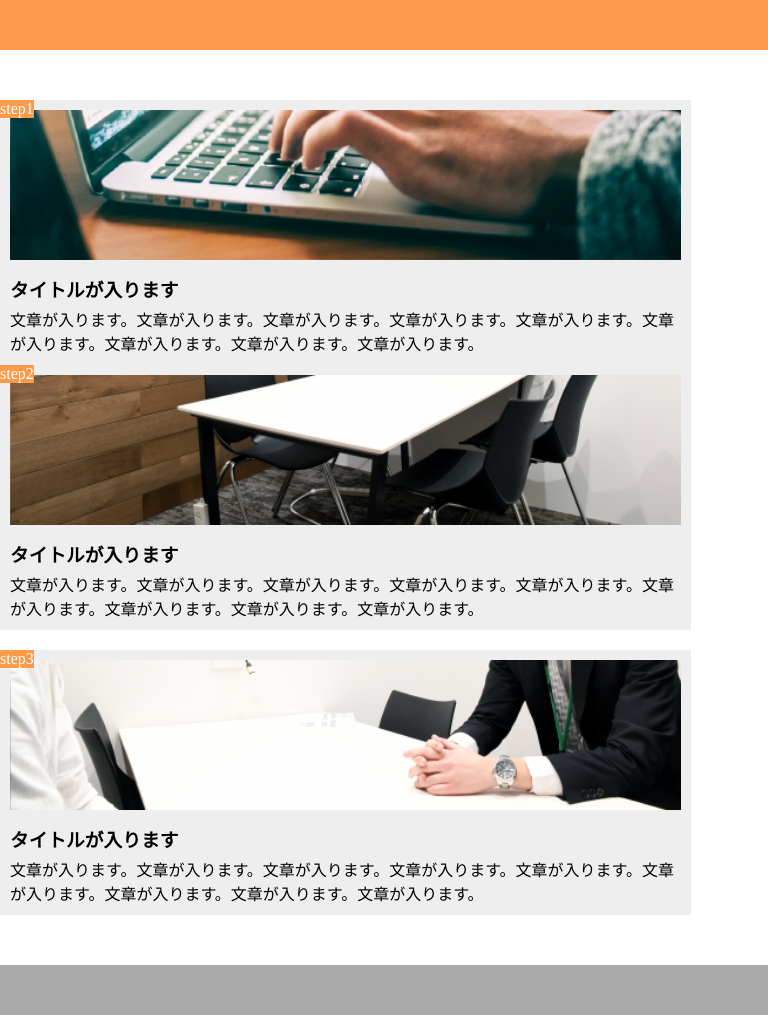
Repository: Takahiro620/dmmwebcamp
Page: enshu9/enshu9.html
The author's editor kept a record of every edit. The page is drawn from the files as they stood at one moment, then again after the next edit.
The browser window is 768 px wide. The pictures show the whole page.

Above is the page before.

### enshu9/enshu9.html
<!DOCTYPE html>
<html lang="ja">
  <head>
    <meta charset="UTF-8">
    <meta name="viewport" content="width=device-width,initial-scale=1.0">
    <!-- CSSファイルの読み込み -->
    <link rel="stylesheet" href="enshu9.css" />
    <title>enshu9</title>
  </head>

  <body>
    <header>
      <div class="heading">
      </div>
    </header>




    <main class="main">

      <span class="main-1">
        <div class="image-1"></div>
        <span class="step-num">step1</span>
        <h3 class="title">タイトルが入ります</h2>
        <p class="text">文章が入ります。文章が入ります。文章が入ります。文章が入ります。文章が入ります。文章が入ります。文章が入ります。文章が入ります。文章が入ります。</p>
      </span>

      <span class="main-2">
        <div class="image-2"></div>
        <span class="step-num">step2</span>
        <h3 class="title">タイトルが入ります</h2>
        <p class="text">文章が入ります。文章が入ります。文章が入ります。文章が入ります。文章が入ります。文章が入ります。文章が入ります。文章が入ります。文章が入ります。</p>
      </span>

      <span class="main-3">
        <div class="image-3"></div>
        <span class="step-num">step3</span>
        <h3 class="title">タイトルが入ります</h2>
        <p class="text">文章が入ります。文章が入ります。文章が入ります。文章が入ります。文章が入ります。文章が入ります。文章が入ります。文章が入ります。文章が入ります。</p>
      </span>
    </main>




    <footer>
      <div class="footing">
      </div>
    </footer>
  </body>
</html>

### enshu9/enshu9.css
/* ブラウザがそれぞれ持っているCSSをリセットするための記述 */
* {
  box-sizing: border-box;
  margin: 0;
  padding: 0;
}





.heading{
  width: 100%;
  height: 50px;
  background-color: #FF9A4B;
}




.main{
  width: 960px;
  margin: 50px auto;
  display: flex;
}


.main-1{
  width: 300px;
  margin-right: 30px;
  padding: 10px;
  position: relative;
  background-color: #eee;
}
.image-1{
  height: 150px;
  background-image: url(img/flow01.png);
  background-position: bottom;
  background-size: cover;
}

.main-2{
  width: 300px;
  margin-right: 30px;
  padding: 10px;
  position: relative;
  background-color: #eee;
}
.image-2{
  height: 150px;
  background-image: url(img/flow01.png);
  background-position: bottom;
  background-size: cover;
}

.main-3{
  width: 300px;
  margin-right: 30px;
  padding: 10px;
  position: relative;
  background-color: #eee;
}
.image-3{
  height: 150px;
  background-image: url(img/flow03.png);
  background-position: bottom;
  background-size: cover;
}
.step-num {
  position: absolute;
  top: 0;
  left: 0;
  background-color: #ff9a4b;
  color: #fff;
}
.title{
  margin-top: 15px;
  margin-bottom: 5px;
}
.text{

}




.footing{
  width: 100%;
  height: 50px;
  background-color: #AAAAAA;
}











@media screen and (max-width:768px){
  .heading{
  width: 100%;
  height: 50px;
  background-color: #FF9A4B;
}




.main{
  width: 100%;
  margin: 50px auto;

  display: block;
}


.main-1{
  width: 90%;
  padding: 10px;
  position: relative;
  background-color: #eee;
  display: block;
  margin:
}
.image-1{
  height: 150px;
  background-image: url(img/flow01.png);
  background-position: bottom;
  background-size: cover;
}

.main-2{
  width: 90%;
  margin-bottom: 20px;
  padding: 10px;
  position: relative;
  background-color: #eee;
  display: block;
}
.image-2{
  height: 150px;
  background-image: url(img/flow02.png);
  background-position: bottom;
  background-size: cover;
}

.main-3{
  width: 90%;
  padding: 10px;
  position: relative;
  background-color: #eee;
  display: block;
}
.image-3{
  height: 150px;
  background-image: url(img/flow03.png);
  background-position: bottom;
  background-size: cover;

}
.step-num {
  position: absolute;
  top: 0;
  left: 0;
  background-color: #ff9a4b;
  color: #fff;
}
.title{
  margin-top: 15px;
  margin-bottom: 5px;
}
.text{

}




.footing{
  width: 100%;
  height: 50px;
  background-color: #AAAAAA;
}

}

After the next edit:
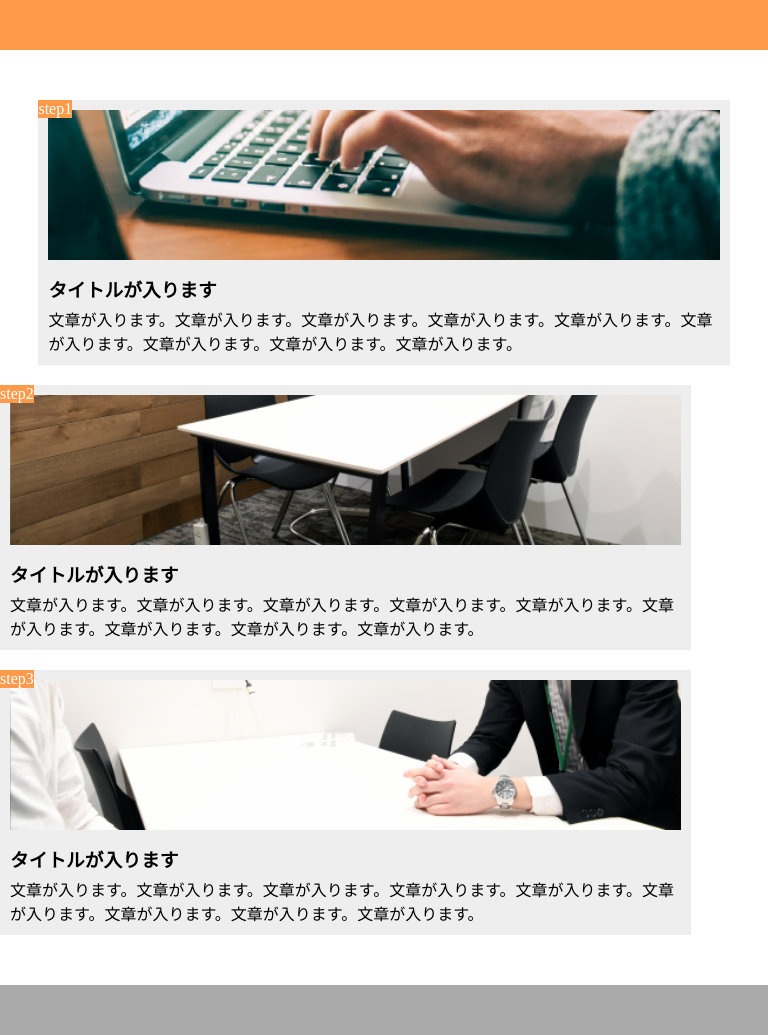
The edit:
--- a/enshu9/enshu9.css
+++ b/enshu9/enshu9.css
@@ -124,7 +124,7 @@
   position: relative;
   background-color: #eee;
   display: block;
-  margin:
+  margin: 0 auto 20px auto;
 }
 .image-1{
   height: 150px;
